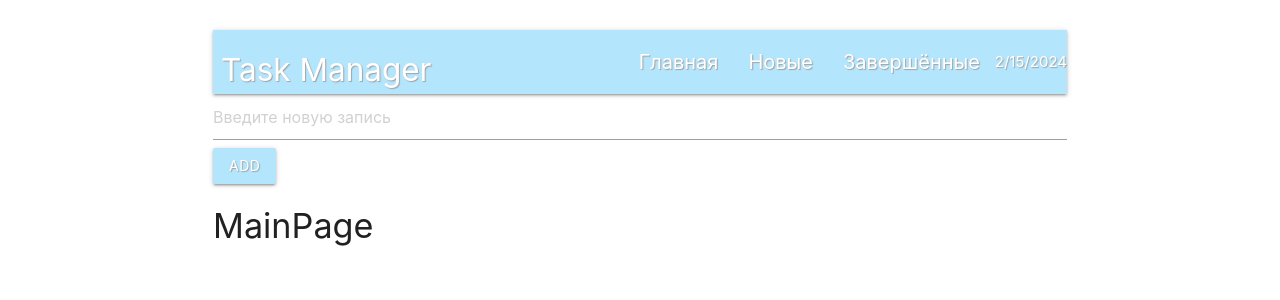
Repository: iveivs/myReactTaskManager
Page: /
An editor plug-in stored every save of this project. The page is shown before and after a run of saves, followed by the edit.
The browser window is 1280 px wide. The pictures show the whole page.
The project was rebuilt for these pictures with package versions that can differ from the ones it lists, and the page was loaded fresh each time. Also part of the build but not shown: vite.config.js, src/components/DoneTasks.jsx, src/components/NewTasks.jsx.

Above is the page before, as saved 2024-02-15 15:11:13.

### index.html
<!doctype html>
<html lang="en">
  <head>
    <meta charset="UTF-8" />
    <link rel="icon" type="image/svg+xml" href="/vite.svg" />
    <meta name="viewport" content="width=device-width, initial-scale=1.0" />
    <link rel="stylesheet" href="https://cdnjs.cloudflare.com/ajax/libs/materialize/1.0.0/css/materialize.min.css">
    <link href="https://fonts.googleapis.com/icon?family=Material+Icons" rel="stylesheet">
    <title>Task Manager</title>
  </head>
  <body>
    <div id="root"></div>
    <script type="module" src="/src/main.jsx"></script>
  </body>
</html>

### src/main.jsx
import React from 'react'
import ReactDOM from 'react-dom/client'
import { BrowserRouter } from 'react-router-dom';
import App from './App.jsx'
import './index.css'

ReactDOM.createRoot(document.getElementById('root')).render(
  <BrowserRouter>
    <App />
  </BrowserRouter>,
)

### src/App.jsx
import { useState, useEffect } from 'react'
import { Routes, Route } from 'react-router-dom'
import './App.css'
import DoneTasks from './components/DoneTasks'
import Header from './components/Header'
import MainPage from './components/MainPage'
import NewTasks from './components/NewTasks'
import { DataContext } from './components/DataContext'

function App() {
  const [input, setInput] = useState('')
  const [tasks, setTasks] = useState()


  // localStorage.setItem('tasks', JSON.stringify(tasks))
  const renderLocalStorageData = () => {
    const data = localStorage.getItem("tasks")
    console.log(data);
    if (data) {
        return JSON.parse(data);
    } else {
        return []
    }
}

useEffect(()=> {
  setTasks(renderLocalStorageData)
}, [])

  const handleChange = (event) => {
    setInput(event.target.value)
  }

  const handleClick = () => {
    let id = tasks.length > 0 ? tasks[tasks.length - 1].id + 1 : 1
    const newTask = {
      task: input,
      id: id
    }
    // console.log('newTask',newTask);

    setTasks([...tasks, newTask])

    localStorage.setItem('tasks', JSON.stringify(tasks))

    setInput('')
    console.log('tasks',tasks);
  }

  return (
    <>
    <DataContext.Provider value={{
      tasks,
      setTasks
    }}>
      <div className="container">
        <Header  />
        <input
          placeholder='Введите новую запись'
          className='inputMain'
          value={input}
          onChange={(e) => handleChange(e)}
          type="text" />
        <button className='btn light-blue lighten-4' onClick={handleClick}>ADD</button>
        <Routes>
          <Route index element={<MainPage />} />
          <Route path="/new" element={<NewTasks />} />
          <Route path="/done" element={<DoneTasks  />} />
        </Routes>

        {/* { input && <h4>{input}</h4> } */}
        {/* { tasks && (
          tasks.map(e => <p key={e}>task: {e}</p>)
        )} */}
      </div>
      </DataContext.Provider>
    </>
  )
}

export default App

### src/index.css

.nav-wrapper {
    padding-left: 8px;
    text-shadow: 1px 1px 1px #a3a3a3;
    /* display: flex ;
    flex-direction: row;
    justify-content: space-between;
    align-items: center; */
}
.nav-wrapper ul li {
    font-size: 24px !important;
}
.listItem{
    font-size: 18px !important;
}
.btn {
    text-shadow: 1px 1px 1px #a3a3a3;
}

/* nav {
    background-color: #b3e5fc
} */

### src/App.css
#root {
  max-width: 1280px;
  margin: 0 auto;
  padding: 2rem;

}

### src/components/Header.jsx
import { Link } from "react-router-dom";
import DateElement from "./DateElement";

export default function Header() {
    return (
        <nav className="light-blue lighten-4">
            <div className="nav-wrapper">
                <h4 className="brand-logo">
                    Task Manager
                </h4>
                {/* <* id="nav-mobile" className="right hide-on-med-and-down"> */}
                <ul className="right">
                    <li className="listItem" >
                        <Link style={{fontSize: '20px'}} to="/">Главная</Link>
                    </li>
                    <li>
                        <Link style={{fontSize: '20px'}} to="/new">Новые</Link>
                    </li>
                    <li>
                        <Link style={{fontSize: '20px'}} to="/done">Завершённые</Link>
                    </li>
                    {/* <li >
                        <Link> {<DateElement  />}</Link>
                    </li> */}
                    <DateElement  />
                </ul>

            </div>
        </nav>
    );
}

// export default function Header() {
//     document.addEventListener('DOMContentLoaded', function() {
//         const elems = document.querySelectorAll('.sidenav');
//         var instances = M.Sidenav.init(elems, options);
//     });

//     return (
//         <>
//             <nav>
//                 <div className="nav-wrapper">
//                     <a href="#!" className="brand-logo">Logo</a>
//                     <a href="#" data-target="mobile-demo" className="sidenav-trigger"><i className="material-icons">menu</i></a>
//                     <ul className="right hide-on-med-and-down">
//                         <li>
//                             <Link to="/">Главная</Link>
//                         </li>
//                         <li>
//                             <Link to="/new">Новые</Link>
//                         </li>
//                         <li>
//                             <Link to="/done">Завершённые</Link>
//                         </li>
//                         <li>
//                             <DateElement  />
//                         </li>
//                     </ul>
//                 </div>
//             </nav>

//             <ul className="sidenav" id="mobile-demo">
//                 <li>Sass</li>
//                 <li><a href="badges.html">Components</a></li>
//                 <li><a href="collapsible.html">Javascript</a></li>
//                 <li><a href="mobile.html">Mobile</a></li>
//             </ul>
//         </>

//     );
// }

### src/components/MainPage.jsx
import { useEffect } from "react"
import { DataContext } from "./DataContext"
import { useContext } from "react"

export default function MainPage () {
    const { tasks } = useContext(DataContext)
    // console.log(tasks);
    return (
        <div>
            <h4>MainPage</h4>
            { tasks && (
                tasks.map(task => (
                    <p key={task.id }>main task test: {task.task}</p>
                ))
            )}
        </div>
    )
}

### src/components/DataContext.js
import { createContext } from "react"
const initialState = {
    tasks: [],
    loading: false,
    setTasks: () => {
    }
}

export const DataContext = createContext(initialState)

### src/components/DateElement.jsx
import { useEffect, useState } from "react"

export default function DateElement () {
    const [now, setNow] = useState(new Date())

    useEffect
    return (
        <>

            {/* <p>{now.toLocaleDateString()}</p> */}
            {now.toLocaleDateString()}

        </>
    )
}

After the next 5 saves:
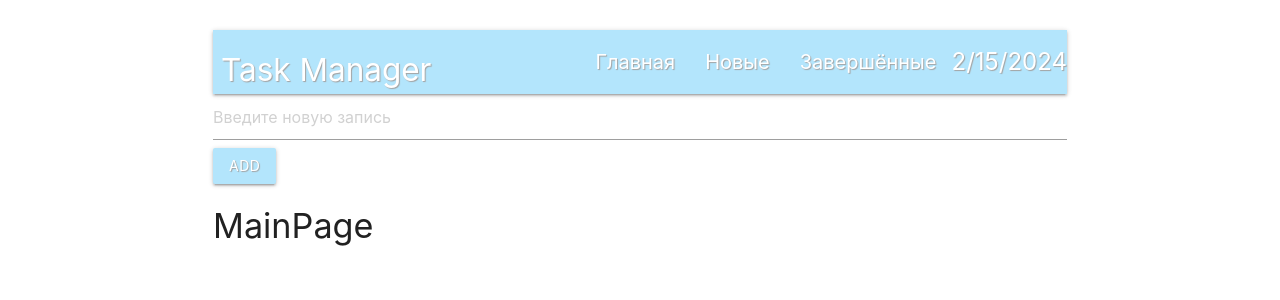
The 5 saves are shown as one change because they came seconds apart.
The last was saved 40 s later.
--- a/src/components/Header.jsx
+++ b/src/components/Header.jsx
@@ -22,7 +22,10 @@ export default function Header() {
                     {/* <li >
                         <Link> {<DateElement  />}</Link>
                     </li> */}
-                    <DateElement  />
+                    <li>
+                        <DateElement  />
+                    </li>
+
                 </ul>
 
             </div>
